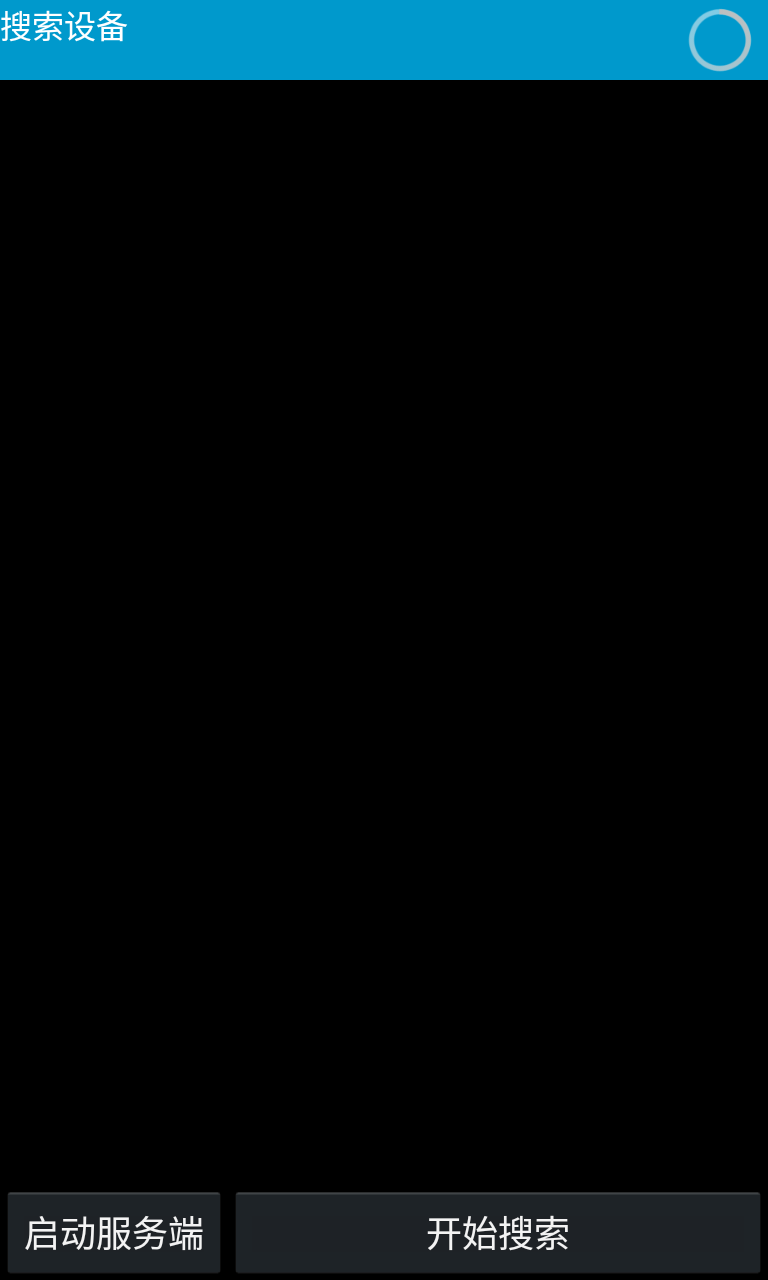
Repository: yihu0817/AndroidDemo
Layout: 蓝牙/AndroidBluetooth/res/layout/devices_layout.xml
These files come from the project's save history. The layout is drawn as it stood at one moment and after the next save; the edit follows.
It is drawn on a 768 x 1280 px phone screen (xhdpi) without system bars, with theme android:Theme.Holo; the app's code is not run. Lists and similar views that code fills are empty.

Above is the layout before, as saved 2015-03-20 02:26:23.

After the next save:
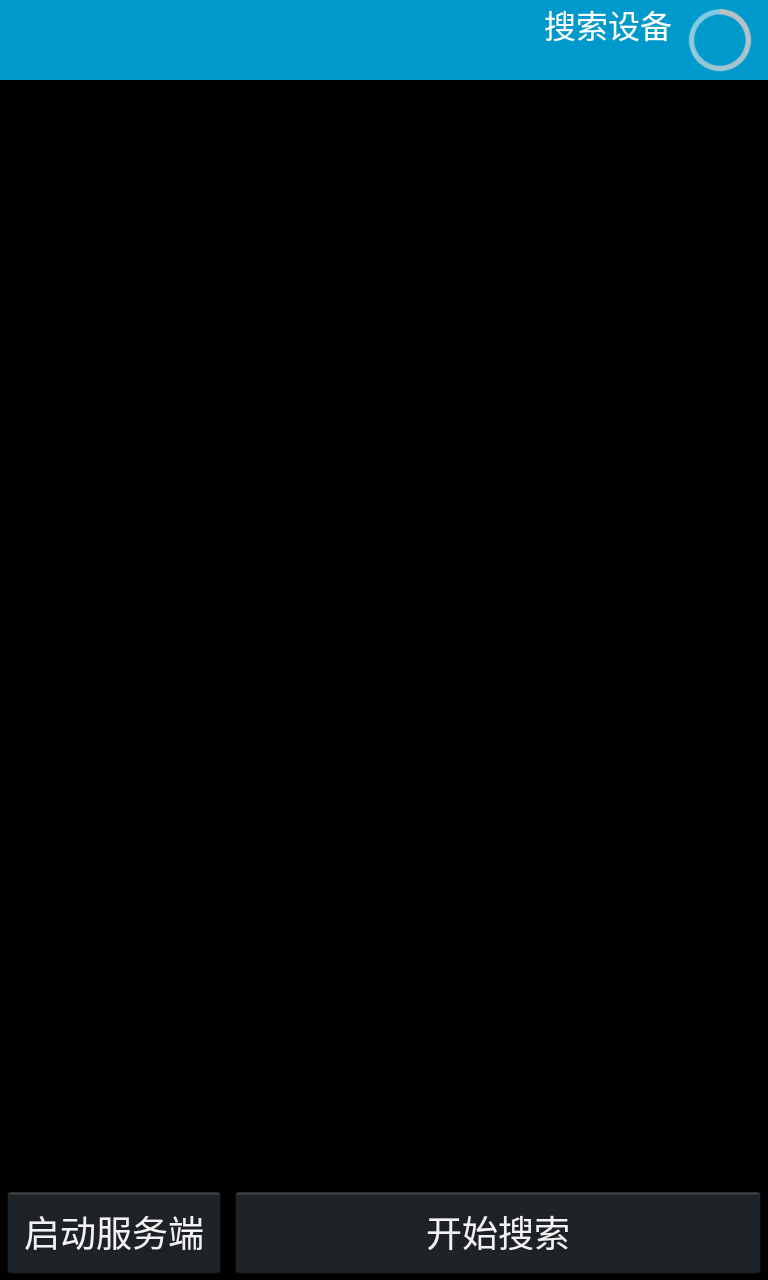
Saved 21 s later.
--- a/蓝牙/AndroidBluetooth/res/layout/devices_layout.xml
+++ b/蓝牙/AndroidBluetooth/res/layout/devices_layout.xml
@@ -10,20 +10,21 @@
         android:layout_width="fill_parent"
         android:layout_height="40dp"
         android:background="@android:color/holo_blue_dark" >
+
+        <ProgressBar
+            android:layout_alignParentRight="true"
+            android:id="@+id/progress_bar"
+            android:layout_width="wrap_content"
+            android:layout_height="wrap_content"/>
         <TextView
             android:id="@+id/title_txt"
             android:layout_width="wrap_content"
             android:layout_height="match_parent"
             android:layout_gravity="center"
             android:text="搜索设备"
+            android:layout_toLeftOf="@id/progress_bar"
             android:textColor="@android:color/white"
             android:textSize="16sp" />
-
-        <ProgressBar
-            android:layout_alignParentRight="true"
-            android:id="@+id/progress_bar"
-            android:layout_width="wrap_content"
-            android:layout_height="wrap_content"/>
 
     </RelativeLayout>
 
